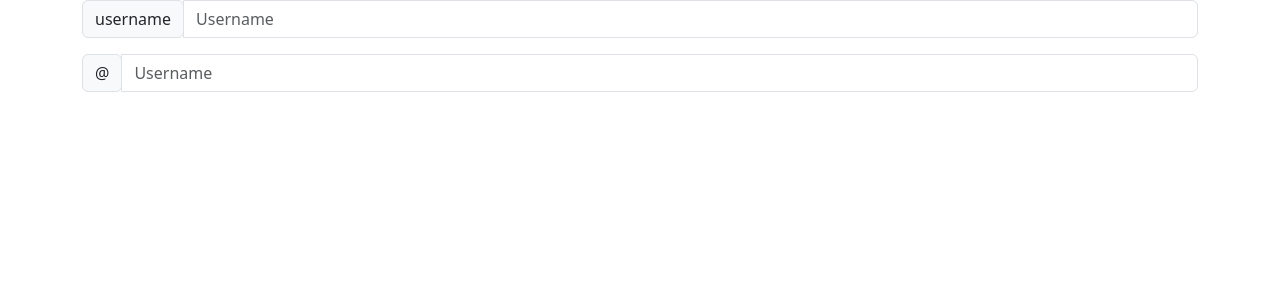
Repository: FrancescoGiordano23/WebappKebab
Page: http://localhost/EsercizioKebab/
These files come from the project's save history. The page is drawn as it stood at one moment and after the next save; the edit follows.
The browser window is 1280 px wide. The pictures show the whole page.
The page is served by Tomcat 10.

Above is the page before, as saved 2024-08-02 07:45:28.

After the next save:
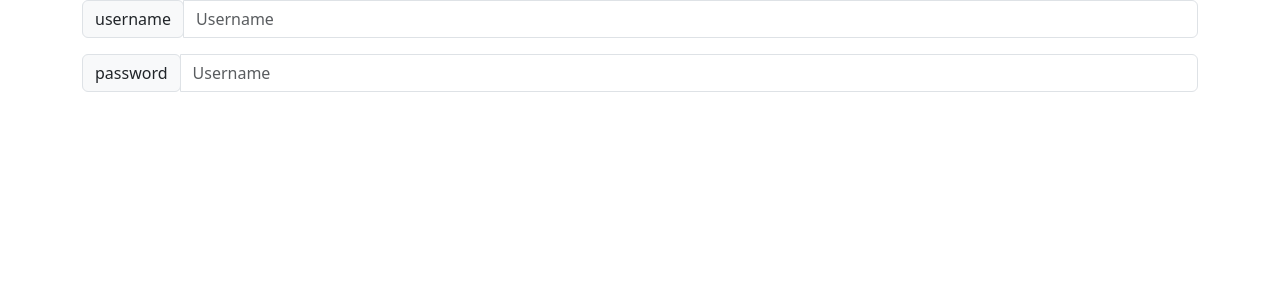
Saved 4 s later.
--- a/EsercizioKebab/src/main/webapp/login.jsp
+++ b/EsercizioKebab/src/main/webapp/login.jsp
@@ -33,7 +33,7 @@
 
 			<div class="input-group mb-3">
 				<div class="input-group-prepend">
-					<span class="input-group-text" id="basic-addon1">@</span>
+					<span class="input-group-text" id="basic-addon1">password</span>
 				</div>
 				<input type="text" class="form-control" placeholder="Username"
 					aria-label="Username" aria-describedby="basic-addon1">
